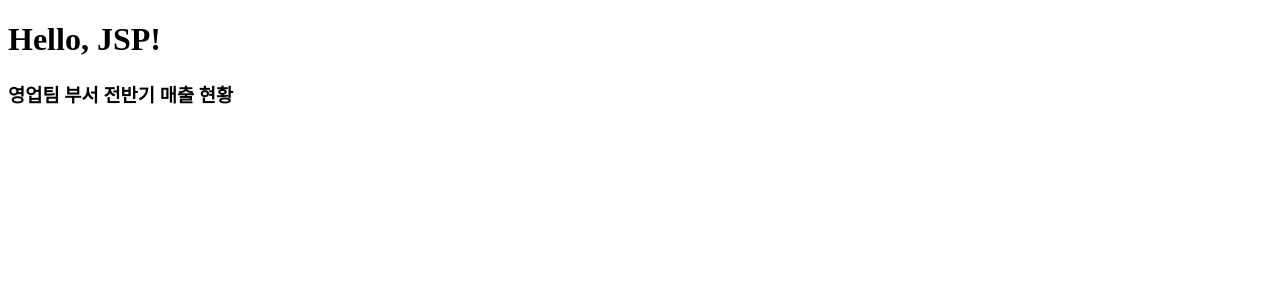
Repository: onuo77/HTA
Page: http://localhost/sample/hello.jsp
These files come from the project's save history. The page is drawn as it stood at one moment and after the next save; the edit follows.
The browser window is 1280 px wide. The pictures show the whole page.
The page is served by Tomcat 9.

Above is the page before, as saved 2021-05-18 07:17:29.

After the next save:
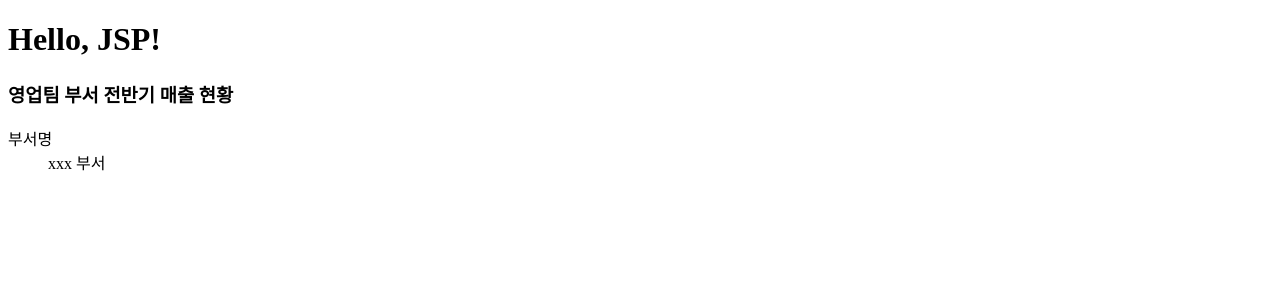
Saved 2 min 32 s later.
--- a/java-web/sample/src/main/webapp/hello.jsp
+++ b/java-web/sample/src/main/webapp/hello.jsp
@@ -41,6 +41,9 @@
 	<h1>Hello, JSP!</h1>
 
 	<h3><%=name %> 부서 전반기 매출 현황</h3>
+	<dl>
+		<dt>부서명</dt><dd>xxx 부서</dd>
+	</dl>
 
 </body>
 </html>
